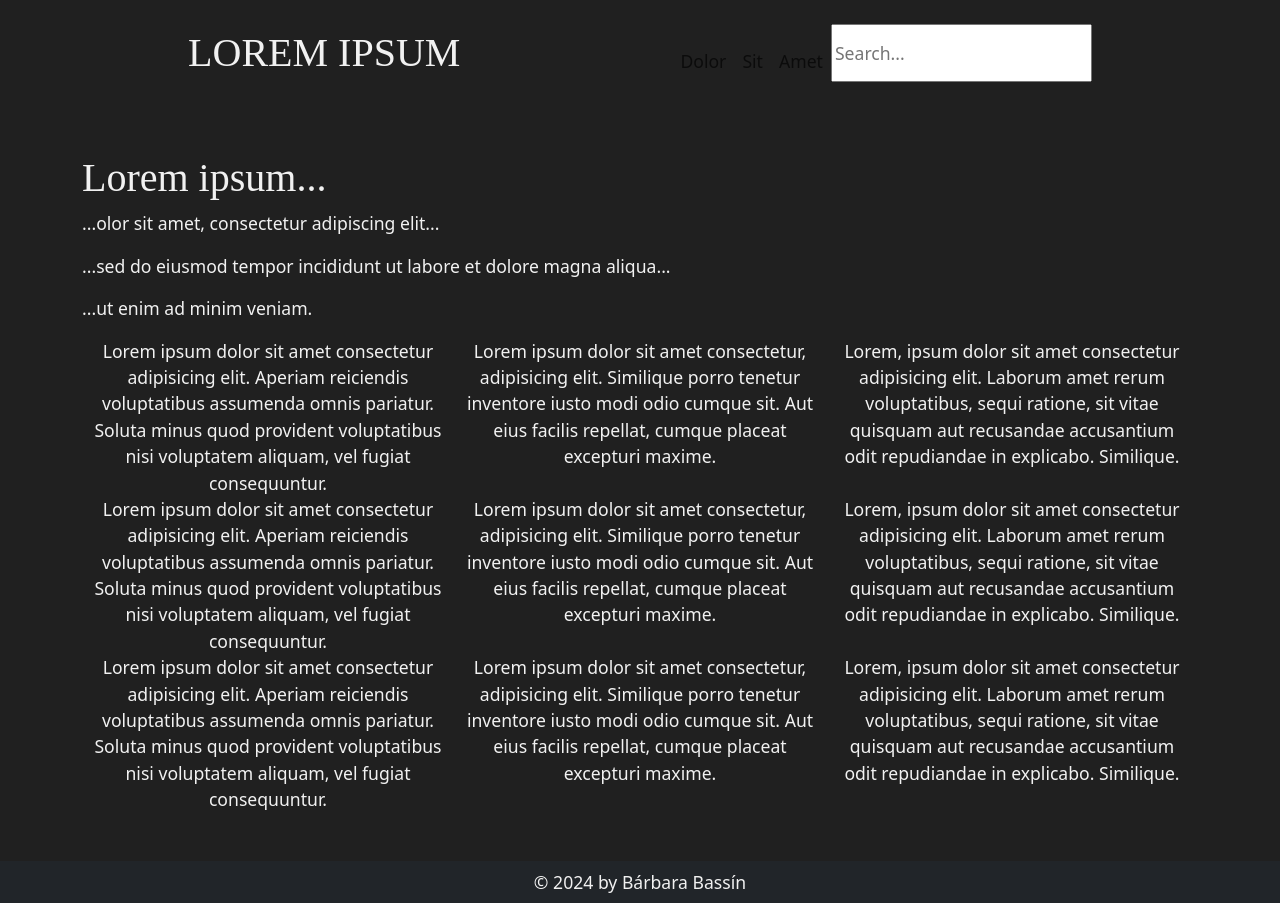
Repository: romancegirl/responsiveness
Page: index.html
The author's editor kept a copy of each file at every save. The page is drawn from the files as they stood at one save, then again after the next save.
The browser window is 1280 px wide. The pictures show the whole page.

Above is the page before, as saved 2024-11-19 18:34:25.
Not found: css/header_and_footer.css
Not found: js/script.js

After the next save:
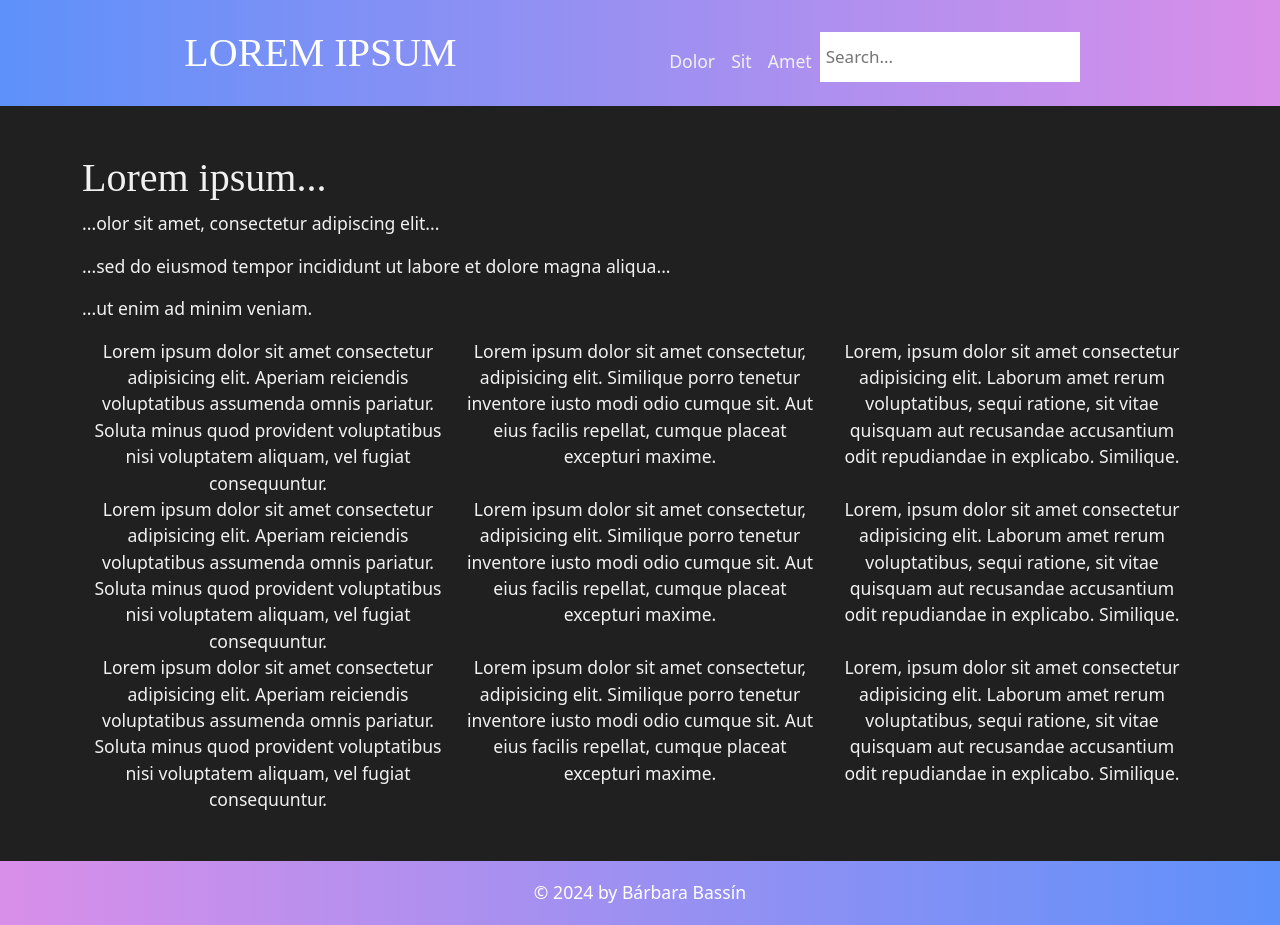
Saved 92 s later.
--- a/index.html
+++ b/index.html
@@ -6,7 +6,7 @@
     <meta name="viewport" content="width=device-width, initial-scale=1.0">
     <title>Portfolio - Bárbara Bassín</title>
     <link href="https://cdn.jsdelivr.net/npm/bootstrap@5.3.0/dist/css/bootstrap.min.css" rel="stylesheet">
-    <link rel="stylesheet" href="css/header_and_footer.css">
+    <link rel="stylesheet" href="css/header-and-footer.css">
     <link rel="stylesheet" href="css/styles.css">
 </head>
 
